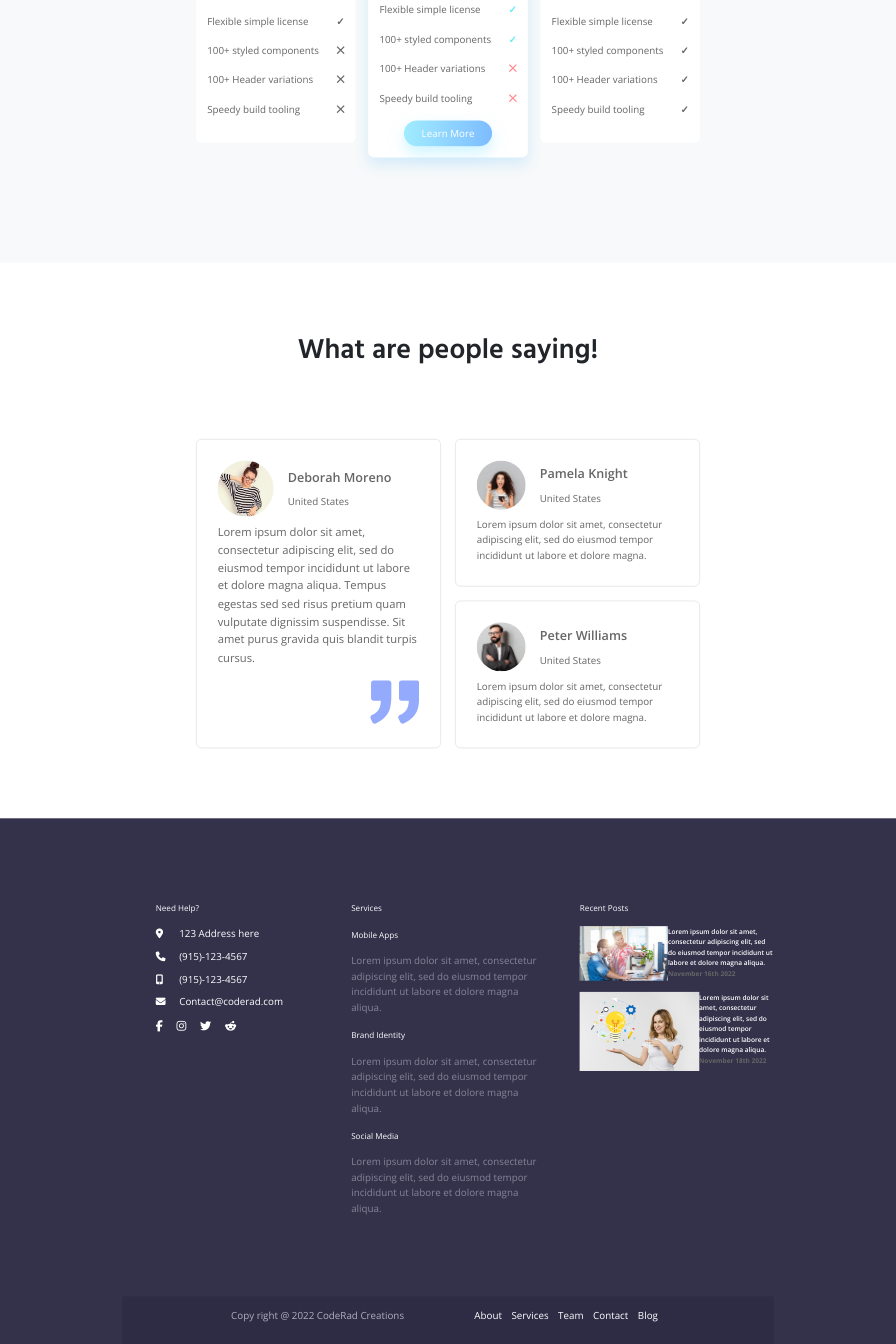
Repository: Sc-Juju/CodeRad
Page: index.html
An editor plug-in stored every save of this project. The page is shown before and after the next save, followed by the edit.
The browser window is 1280 px wide. The pictures show the part of the page from y = 2940 to 4860 px (the page is 4860 px tall), at 70% of full size.
Some web libraries are served in a nearby version.

Above is the page before, as saved 2022-11-16 14:13:48.

### index.html
<!DOCTYPE html>
<html>
	<head>
		<meta charset="utf-8" />
		<meta http-equiv="X-UA-Compatible" content="IE=edge" />
		<title>CodeRad</title>
		<meta name="description" content="" />
		<meta name="viewport" content="width=device-width, initial-scale=1" />

		<script
			src="https://kit.fontawesome.com/020fb16134.js"
			crossorigin="anonymous"
		></script>

		<link
			href="https://fonts.googleapis.com/css2?family=Open+Sans:wght@300;400;600;700&display=swap"
			rel="stylesheet"
		/>
		<link
			href="https://fonts.googleapis.com/css2?family=Hind:wght@300;400;500;600;700&display=swap"
			rel="stylesheet"
		/>

		<link rel="stylesheet" href="./css/default.css" />
		<link rel="stylesheet" href="./css/styles.css" />
		<link rel="stylesheet" href="./css/responsive.css" />
	</head>
	<body>
		<nav class="navbar nav">
			<div class="container">
				<button
					class="navbar-toggler"
					aria-expanded="false"
					aria-controls="navbarDropdown"
				>
					<span>&#9776;</span>
				</button>
				<a class="navbar-brand" href="index.html">CodeRad</a>
				<ul class="navbar-nav">
					<li class="nav-link">
						<a href="#">Home</a>
					</li>

					<li class="nav-link">
						<a href="#">Blog</a>
					</li>
					<li class="nav-link">
						<a href="#">Portfolio</a>
					</li>
					<li class="nav-link">
						<a href="#">Contact</a>
					</li>
				</ul>
			</div>
		</nav>

		<header class="bg-header">
			<div class="container">
				<div class="hero-wrapper">
					<h2 class="hero-header">
						Young in our spirits and <br />
						modern look.
					</h2>
					<a class="btn btn-white" href="#">Learn more</a>
				</div>
			</div>
		</header>
		<!--Why me-->
		<section>
			<div class="container why-me-wrapper">
				<div class="block-text">
					<span>Why choose me</span>
					<h2>
						Meeting Your Needs <br />
						In Website Building
					</h2>
					<p>
						Lorem ipsum dolor sit amet, consectetur adipiscing elit,
						sed do eiusmod tempor incididunt ut labore et dolore
						magna aliqua.
					</p>
					<a href="" class="btn btn-primary">Learn More</a>
				</div>
				<div>
					<img src="./CodeRad-assets/image2.svg" alt="Icon Chart" />
				</div>
			</div>
		</section>
		<!--Services-->
		<section class="bg-contrast">
			<div class="container service-grid">
				<div class="service-card">
					<span class="bg-color-1"></span>
					<div>
						<h3>Branding</h3>
						<p>
							Lorem ipsum dolor sit amet, consectetur adipiscing
							elit, sed do eiusmod tempor incididunt ut labore et
							dolore magna aliqua. Ut morbi tincidunt augue
							interdum velit euismod in pellentesque. Congue
							mauris rhoncus aenean vel.
						</p>
					</div>
				</div>
				<div class="service-card">
					<span class="bg-color-2"></span>
					<div>
						<h3>Design & UX</h3>
						<p>
							Lorem ipsum dolor sit amet, consectetur adipiscing
							elit, sed do eiusmod tempor incididunt ut labore et
							dolore magna aliqua. Ut morbi tincidunt augue
							interdum velit euismod in pellentesque. Congue
							mauris rhoncus aenean vel.
						</p>
					</div>
				</div>
				<div class="service-card">
					<span class="bg-color-3"></span>
					<div>
						<h3>Development</h3>
						<p>
							Lorem ipsum dolor sit amet, consectetur adipiscing
							elit, sed do eiusmod tempor incididunt ut labore et
							dolore magna aliqua. Ut morbi tincidunt augue
							interdum velit euismod in pellentesque. Congue
							mauris rhoncus aenean vel.
						</p>
					</div>
				</div>
				<div class="service-card">
					<span class="bg-color-4"></span>
					<div>
						<h3>User analysis</h3>
						<p>
							Lorem ipsum dolor sit amet, consectetur adipiscing
							elit, sed do eiusmod tempor incididunt ut labore et
							dolore magna aliqua. Ut morbi tincidunt augue
							interdum velit euismod in pellentesque. Congue
							mauris rhoncus aenean vel.
						</p>
					</div>
				</div>
				<div class="service-card">
					<span class="bg-color-5"></span>
					<div>
						<h3>UX Research</h3>
						<p>
							Lorem ipsum dolor sit amet, consectetur adipiscing
							elit, sed do eiusmod tempor incididunt ut labore et
							dolore magna aliqua. Ut morbi tincidunt augue
							interdum velit euismod in pellentesque. Congue
							mauris rhoncus aenean vel.
						</p>
					</div>
				</div>
				<div class="service-card">
					<span class="bg-color-6"></span>
					<div>
						<h3>SEO Service</h3>
						<p>
							Lorem ipsum dolor sit amet, consectetur adipiscing
							elit, sed do eiusmod tempor incididunt ut labore et
							dolore magna aliqua. Ut morbi tincidunt augue
							interdum velit euismod in pellentesque. Congue
							mauris rhoncus aenean vel.
						</p>
					</div>
				</div>
			</div>
		</section>

		<!--Video Demo-->
		<section class="video-demo">
			<div class="container">
				<div class="block-text">
					<h2>Telling Our Story</h2>
					<p>
						Lorem ipsum dolor sit amet, consectetur adipiscing elit,
						sed do eiusmod tempor <br />
						incididunt ut labore et dolore magna aliqua.
					</p>
				</div>
				<div class="video-box">
					<a href="#" class="video-btn">
						<img
							src="./CodeRad-assets/play.svg"
							alt="Play Video Button"
						/>
					</a>
					<img
						src="./CodeRad-assets/demo-video-thumbnail.jpg"
						alt="Video thumbnail"
					/>
				</div>
			</div>
		</section>

		<!--Pricing plans-->
		<section class="bg-contrast">
			<div class="block-text pricing-header">
				<h2>Choose The Right Package For You!</h2>
				<p>
					Lorem ipsum dolor sit amet, consectetur adipiscing elit, sed
					do eiusmod tempor <br />
					incididunt ut labore et dolore magna aliqua.
				</p>
			</div>
			<div class="pricing-table">
				<div class="price-card">
					<h3>Basic</h3>
					<div class="price">$99.90</div>
					<div class="billed">per month</div>
					<hr />
					<ul>
						<li>
							<span class="title">Community Support</span>
							<span class="icon">&#10003;</span>
						</li>
						<li>
							<span class="title">Flexible simple license</span>
							<span class="icon">&#10003;</span>
						</li>
						<li>
							<span class="title">100+ styled components</span>
							<span class="icon">&#10761;</span>
						</li>
						<li>
							<span class="title">100+ Header variations</span>
							<span class="icon">&#10761;</span>
						</li>
						<li>
							<span class="title">Speedy build tooling</span>
							<span class="icon">&#10761;</span>
						</li>
					</ul>
				</div>

				<div class="price-card featured">
					<h3>Standard</h3>
					<div class="price">$199.90</div>
					<div class="billed">per month</div>
					<hr />
					<ul>
						<li>
							<span class="title">Community Support</span>
							<span class="icon checked">&#10003;</span>
						</li>
						<li>
							<span class="title">Flexible simple license</span>
							<span class="icon checked">&#10003;</span>
						</li>
						<li>
							<span class="title">100+ styled components</span>
							<span class="icon checked">&#10003;</span>
						</li>
						<li>
							<span class="title">100+ Header variations</span>
							<span class="icon times">&#10761;</span>
						</li>
						<li>
							<span class="title">Speedy build tooling</span>
							<span class="icon times">&#10761;</span>
						</li>
						<div class="plan-btn-wrapper">
							<a href="" class="btn btn-primary">Learn More</a>
						</div>
					</ul>
				</div>

				<div class="price-card">
					<h3>Enterprise</h3>
					<div class="price">$499.90</div>
					<div class="billed">per month</div>
					<hr />
					<ul>
						<li>
							<span class="title">Community Support</span>
							<span class="icon">&#10003;</span>
						</li>
						<li>
							<span class="title">Flexible simple license</span>
							<span class="icon">&#10003;</span>
						</li>
						<li>
							<span class="title">100+ styled components</span>
							<span class="icon">&#10003;</span>
						</li>
						<li>
							<span class="title">100+ Header variations</span>
							<span class="icon">&#10003;</span>
						</li>
						<li>
							<span class="title">Speedy build tooling</span>
							<span class="icon">&#10003;</span>
						</li>
					</ul>
				</div>
			</div>
		</section>

		<!--Testimonials-->
		<section class="testimonials">
			<div class="block-text">
				<h2>What are people saying!</h2>
			</div>
			<div class="testimonial-grid">
				<div class="testimonial-card lg">
					<div class="top">
						<img
							src="./CodeRad-assets/1.png"
							alt=""
							class="profile"
						/>
						<div class="top-info">
							<h4>Deborah Moreno</h4>
							<span>United States</span>
						</div>
					</div>
					<div class="bottom">
						<p>
							Lorem ipsum dolor sit amet, consectetur adipiscing
							elit, sed do eiusmod tempor incididunt ut labore et
							dolore magna aliqua. Tempus egestas sed sed risus
							pretium quam vulputate dignissim suspendisse. Sit
							amet purus gravida quis blandit turpis cursus.
						</p>
						<span>
							<img
								src="./CodeRad-assets/quote-colored.svg"
								alt="quote"
								class="quote"
							/>
						</span>
					</div>
				</div>

				<div class="testimonial-card md">
					<div class="top">
						<img
							src="./CodeRad-assets/2.png"
							alt=""
							class="profile"
						/>
						<div class="top-info">
							<h4>Pamela Knight</h4>
							<span>United States</span>
						</div>
					</div>
					<div class="bottom">
						<p>
							Lorem ipsum dolor sit amet, consectetur adipiscing
							elit, sed do eiusmod tempor incididunt ut labore et
							dolore magna.
						</p>
					</div>
				</div>

				<div class="testimonial-card md">
					<div class="top">
						<img
							src="./CodeRad-assets/3.png"
							alt=""
							class="profile"
						/>
						<div class="top-info">
							<h4>Peter Williams</h4>
							<span>United States</span>
						</div>
					</div>
					<div class="bottom">
						<p>
							Lorem ipsum dolor sit amet, consectetur adipiscing
							elit, sed do eiusmod tempor incididunt ut labore et
							dolore magna.
						</p>
					</div>
				</div>
			</div>
		</section>
		<!--Footer-->
		<footer class="bg-footer">
			<div class="container">
				<section class="footer-top">
					<div class="footer-col">
						<h5>Need Help?</h5>
						<div class="contact-info">
							<ul>
								<li>
									<i class="fa-solid fa-location-dot"></i>
									123 Address here
								</li>
								<li>
									<i class="fa-solid fa-phone"></i>
									(915)-123-4567
								</li>
								<li>
									<i
										class="fa-solid fa-mobile-screen-button"
									></i>
									(915)-123-4567
								</li>
								<li>
									<i class="fa-solid fa-envelope"></i>
									Contact@coderad.com
								</li>
							</ul>
						</div>
						<div class="social-icons">
							<ul>
								<li>
									<a href=""
										><i class="fa-brands fa-facebook-f"></i
									></a>
								</li>
								<li>
									<a href=""
										><i class="fa-brands fa-instagram"></i
									></a>
								</li>
								<li>
									<a href=""
										><i class="fa-brands fa-twitter"></i
									></a>
								</li>
								<li>
									<a href=""
										><i
											class="fa-brands fa-reddit-alien"
										></i
									></a>
								</li>
							</ul>
						</div>
					</div>
					<div class="footer-col">
						<h5>Services</h5>
						<div class="services-wrapper">
							<h5>Mobile Apps</h5>
							<p>
								Lorem ipsum dolor sit amet, consectetur
								adipiscing elit, sed do eiusmod tempor
								incididunt ut labore et dolore magna aliqua.
							</p>
						</div>
						<div class="services-wrapper">
							<h5>Brand Identity</h5>
							<p>
								Lorem ipsum dolor sit amet, consectetur
								adipiscing elit, sed do eiusmod tempor
								incididunt ut labore et dolore magna aliqua.
							</p>
						</div>
						<div class="services-wrapper">
							<h5>Social Media</h5>
							<p>
								Lorem ipsum dolor sit amet, consectetur
								adipiscing elit, sed do eiusmod tempor
								incididunt ut labore et dolore magna aliqua.
							</p>
						</div>
					</div>
					<div class="footer-col">
						<h5>Recent Posts</h5>
						<div class="recent-posts">
							<div class="post-img-wrapper">
								<img
									src="./CodeRad-assets/blog1.jpg"
									alt="blog1"
								/>
							</div>
							<div class="post-inner">
								<h6>
									<a href=""
										>Lorem ipsum dolor sit amet, consectetur
										adipiscing elit, sed do eiusmod tempor
										incididunt ut labore et dolore magna
										aliqua.</a
									>
								</h6>
								<h6>November 16th 2022</h6>
							</div>
						</div>
						<div class="recent-posts">
							<div class="post-img-wrapper">
								<img
									src="./CodeRad-assets/blog2.jpg"
									alt="blog2"
								/>
							</div>
							<div class="post-inner">
								<h6>
									<a href=""
										>Lorem ipsum dolor sit amet, consectetur
										adipiscing elit, sed do eiusmod tempor
										incididunt ut labore et dolore magna
										aliqua.</a
									>
								</h6>
								<h6>November 18th 2022</h6>
							</div>
						</div>
					</div>
				</section>
				<section class="footer-bottom">
					<div class="footer-bottom-wrapper">
						<div class="copyright">
							<p>Copy right @ 2022 CodeRad Creations</p>
						</div>
						<div class="footer-bottom-links">
							<ul>
								<li><a href="">About</a></li>
								<li><a href="">Services</a></li>
								<li><a href="">Team</a></li>
								<li><a href="">Contact</a></li>
								<li><a href="">Blog</a></li>
							</ul>
						</div>
					</div>
				</section>
			</div>
		</footer>
	</body>
</html>

### css/default.css
:root{
    --white:#fff;
    --black: #000;
    --font-color-base:#666;
    --font-color-dark:#212529;
    --font-color-light:#b0aebe;
    --font-color-link:#57a6ff;
    --footer:#34314b;
    --footer-base:#2e2b45;
    --contrast:rgba(246, 248, 249, 0.8);
    --success: #64ecf5;
    --danger:#ff8b8d;
    --grad-1:#a1ecff;
    --grad-2:#7dbcff;


    --size-10:0.625rem;
    --size-14:0.875rem;
    --size-16:1rem;
    --size-18:1.125rem;
    --size-20:1.25rem;
    --size-30:1.875rem;
    --size-40:2.5rem;
    --size-50:3.125rem;
    --size-100:6.25rem;
    --size-150:9.375rem;
}
body{
    font-family:"Open Sans", sans-serif;
    font-weight: 400;
    font-size:0.875rem;
    line-height: 1.6;
    letter-spacing: 0;
    color: var(--font-color-base);
    margin:0;
    padding:0;
}
*,
::after,
::before{
    box-sizing: border-box;
}
ul{
    padding:0;
    margin:0;
    list-style: none;
}
a {text-decoration: none;}
p {margin-top:0;}
h2{
    font-size:1.75rem;
    font-weight:500;
    line-height:1.2;
}
img {
    width:100%;
    max-width:100%;
    vertical-align:middle;
    border-style: none;
}
.container{
    width: 100%;
    padding-left:15px;
    padding-right:15px;
    margin-right:auto;
    margin-left:auto;
}

.btn{
    display: inline-block;
    font-weight: 400;
    color: var(--font-color-dark);
    text-align: center;
    cursor: pointer;
    user-select: none;
    background-color: transparent;
    border: 1px solid transparent;
    padding: .375rem .75rem;
    border-radius:1.25rem;
    transition: ease-in-out .3s;
}
.btn-primary{
    background-image: linear-gradient(90deg, var(--grad-1)0%, var(--grad-2)100%);
    border: 1px var(--grad-1);
    box-shadow: 0 10px 20px rgba(161, 236, 255, .5);
    transition: ease-in-out .3s;
    color: var(--white);
    padding: .4375rem 1.5625rem;
}

.btn-white{
    background-color: var(--white);
    color: var(--font-color-link);
    box-shadow: 0px 10px 20px rgba(255, 255, 255, .35);
    padding: .475rem 1.75rem;
}

@media (min-width:768px){
    .pricing-table,
    .testimonial-grid,
    .footer-bottom-wrapper{max-width:720px;}
}

@media (min-width:992px){
    footer .container{ max-width: 960px; }
}

@media (min-width:1200px){
    .container{ max-width: 1140px; }
}

### css/styles.css
.navbar{
    position: fixed;
    top: 0;
    right: 0;
    left: 0;
    z-index: 200;
    transition: ease-in-out .3s;
}
[aria-controls="navbarDropdown"]{
    display:none;
}
.navbar-nav{
    display: flex;
    align-items: center;
}
.navbar .container{
    display: flex;
    align-items: center;
}
.navbar-brand{
    margin-right:auto;
    font-size: 2rem;
    font-weight: 700;
    width: 100%;
    transition: ease-in-out .3s;
    color: var(--white);

}
.bg-header,
.video-demo{
    background-color: var(--footer);
    background-repeat: no-repeat;
    background-size: cover;
    background-position:50% 20%;
    position: relative;
    z-index: 1;
    padding: 4.6875rem 0;
}
.bg-header{background-image: url(../CodeRad-assets/bg-header-1.jpg);}
.video-demo{background-image: url(../CodeRad-assets/bg-demo.jpg);}
.bg-header::before{
    background-image: linear-gradient(30deg,
    rgba(21,27,38, .8)0%,
    rgba(0,0,0,.2)100%);
    position: absolute;
    content:"";
    top: 0;
    left: 0;
    right: 0;
    bottom: 0;
    width: 100%;
    height: 100%;
    z-index: -1;
}
.nav-link a{
    color: var(--white);
    font-size: .8125rem;
    font-weight: 600;
    font-family: "Hind", sans-serif;
    text-transform: uppercase;
    margin-right: 2.5rem;
    line-height: 1.25rem;
}
.hero-header{
    color: var(--white);
}
.why-me-wrapper{
    display: flex;
    align-items: center;
}
.why-me-wrapper div{
    flex: 1;
}
.block-text{
    padding-right: var(--size-50);
}
.block-text span{
    color: var(--font-color-dark);
    font-weight: 300;
}
.block-text h2{
    font-size: var(--size-40);
    font-family: "Hind", sans-serif;
    font-weight: 600;
    color: var(--font-color-dark);
    margin-bottom: var(--size-20);
    line-height: 1.3;
    margin-top: 0.5rem;
}
.bg-contrast{
    background-color: var(--contrast);
    padding: var(--size-150) 0;
    margin: 0 auto;
}
.service-grid{
    display: grid;
    grid-template-columns: repeat(auto-fit,minmax(300px, 1fr));
    gap: var(--size-20);
}
.service-card{
    padding: var(--size-30);
    box-shadow: 0 0 10px rgba(48, 63, 100, .15);
    background: white;
    border-radius: 8px;
}
.service-card span{
    width:4.375rem;
    height: 4.375rem;
    background: green;
    display: block;
    float: left;
    margin-right: 15px;
    border-radius: 50%;
    background: var(--font-color-light);
}
span.bg-color-1 {background-image: linear-gradient(90deg, #9ccdf3 0%, #94aafd 100%);}
span.bg-color-2 {background-image: linear-gradient(90deg, #55edc0 0%, #4bdbdb 100%);}
span.bg-color-3 {background-image: linear-gradient(90deg, #fda498 0%, #f58b9e 100%);}
span.bg-color-4 {background-image: linear-gradient(90deg, #f2a7ca 0%, #c289f4 100%);}
span.bg-color-5 {background-image: linear-gradient(90deg, #ffc187 0%, #fe93a7 100%);}
span.bg-color-6 {background-image: linear-gradient(90deg, #a1ecff 0%, #7dbcff 100%);}

.video-demo{text-align: center;}
.video-demo .block-text{padding-right: 0;}

.video-demo .block-text h2,
.video-demo .block-text p{
    color: var(--white);
}

.video-btn{
    position: absolute;
    top: 50%;
    left: 50%;
    transform: translate(-50%, -50%);
    box-shadow: 0 10px 20px rgba(57, 166, 251, .3);
}
.video-btn img{
    height: var(--size-100);
    width: var(--size-100);
}
.video-box{
    position: relative;
    margin-bottom: -9.375rem;
    z-index: 100;
}
.video-box > img{
    max-width: 600px;
    border-radius: 8px;
}
.block-text.pricing-header{
    text-align: center;
    padding-right: 0;
    margin: var(--size-100) 0;
}
.pricing-table{
    display: grid;
    grid-template-columns: repeat(auto-fit, minmax(215px, 1fr));
    gap: var(--size-18);
    margin: auto;
    align-items: flex-start;
}
.price-card{
    background-color:var(--white);
    border-radius: 8px;
    padding: var(--size-16);
}
.price-card .checked{color: var(--success);}
.price-card .times{color: var(--danger);}

.price-card.featured{
    box-shadow: 0 10px 20px rgba(82,179,255,.2);
    margin-top: -1rem;
}
.price-card h3{
    margin-top: var(--size-40);
    font-size: var(--size-18);
    color: var(--font-color-dark);
    font-weight: 600;
}
.plan-card hr{margin: 2rem 0 1rem;}
.price{
    color: var(--font-color-link);
    font-size: var(--size-30);
    font-weight: 600;
}
.price-card h3,
.price-card .price,
.price-card .billed{text-align: center;}

.price-card li{margin-bottom: var(--size-20);}
.price-card .icon{
    float: right;
    font-weight:600;
}
.plan-btn-wrapper{text-align: center;}

.testimonials{ margin: var(--size-100) 0;}

.testimonial-grid{
    display: grid;
    grid-template-columns: repeat(auto-fit, minmax(300px, 1fr));
    grid-template-rows: 1fr 1fr;
    gap: var(--size-20);
    margin: 0 auto;
}

.testimonials .block-text{
    padding-right: 0;
    text-align: center;
    margin: var(--size-100) 0;
}

.testimonial-card{
    border: 1px solid #dedede;
    border-radius: 8px;
    padding: var(--size-30);
}

.testimonial-card.lg{
    grid-row: 1 / 3;
    grid-column: 1 / 2;
}

.testimonial-card.lg .quote{
    width: 4.375rem;
    float: right;
    margin-top: var(--size-16);
}

.testimonial-card.md .bottom p{ font-size: var(--size-14);}

.testimonial-card .top{
    display:flex;
    align-items: center;
    padding-bottom: var(--size-10);
}

.testimonial-card img.profile{
    width: 4.375rem;
    border-radius: 50%;
    margin-right: var(--size-20);
}

.testimonial-card.lg img.profile{ width: 5rem;}

.top h4{
    margin-top: 0;
    margin-bottom: var(--size-10);
    font-weight: 600;
    font-size: var(--size-18);
}

.bottom p{
    margin: 0;
    font-size: var(--size-16);
    line-height: 1.6;
}

footer.bg-footer{ background-color: var(--footer);}
footer .footer-bottom{ background-color: var(--footer-base);}

footer .footer-top {
    display: grid;
    grid-template-columns: repeat( auto-fit, minmax(250px, 1fr));
    gap: var(--size-50);
    padding: var(--size-100) 0;
}

footer .footer-col{justify-self: center;}

.footer-top h5{
    color: var(--white);
    font-weight: 500;
    margin-bottom: var(--size-16);
}

.contact-info li{
    color: var(--white);
    margin-bottom: var(--size-10);
}

.contact-info li i{ width: var(--size-30);}

.social-icons ul li {
    display: inline-block;
    margin-right: var(--size-16);
}

.social-icons ul li a{
    color: var(--white);
    font-size: var(--size-16);
}

.services-wrapper p { color: #858497;}

.recent-posts{
    display: flex;
    margin-bottom: var(--size-16);
}

.recent-posts .post-wrapper-wrapper{
    width: var(--size-100);
    margin-right: var(--size-10);
}

.post-inner h6{ margin: 0; }

.post-inner h6 a{
    color: var(--white);
    font-weight: 600;
}

.post-inner span{
    color: var(--font-color-light);
    font-size: var(--size-10);
}

.footer-bottom-wrapper{
    display: flex;
    justify-content:space-around;
    margin: 0 auto;
    flex-wrap: wrap;
}

.footer-bottom{ padding: var(--size-16) 0; }

.copyright p{ color: var(--font-color-light); }

.footer-bottom-links ul li{
    display: inline-block;
    margin-right: var(--size-10);
}

.footer-bottom-links ul li a{ color: var(--white); }

Loaded but not shown: css/responsive.css (no copy from this time; the picture is the same without it)

After the next save:
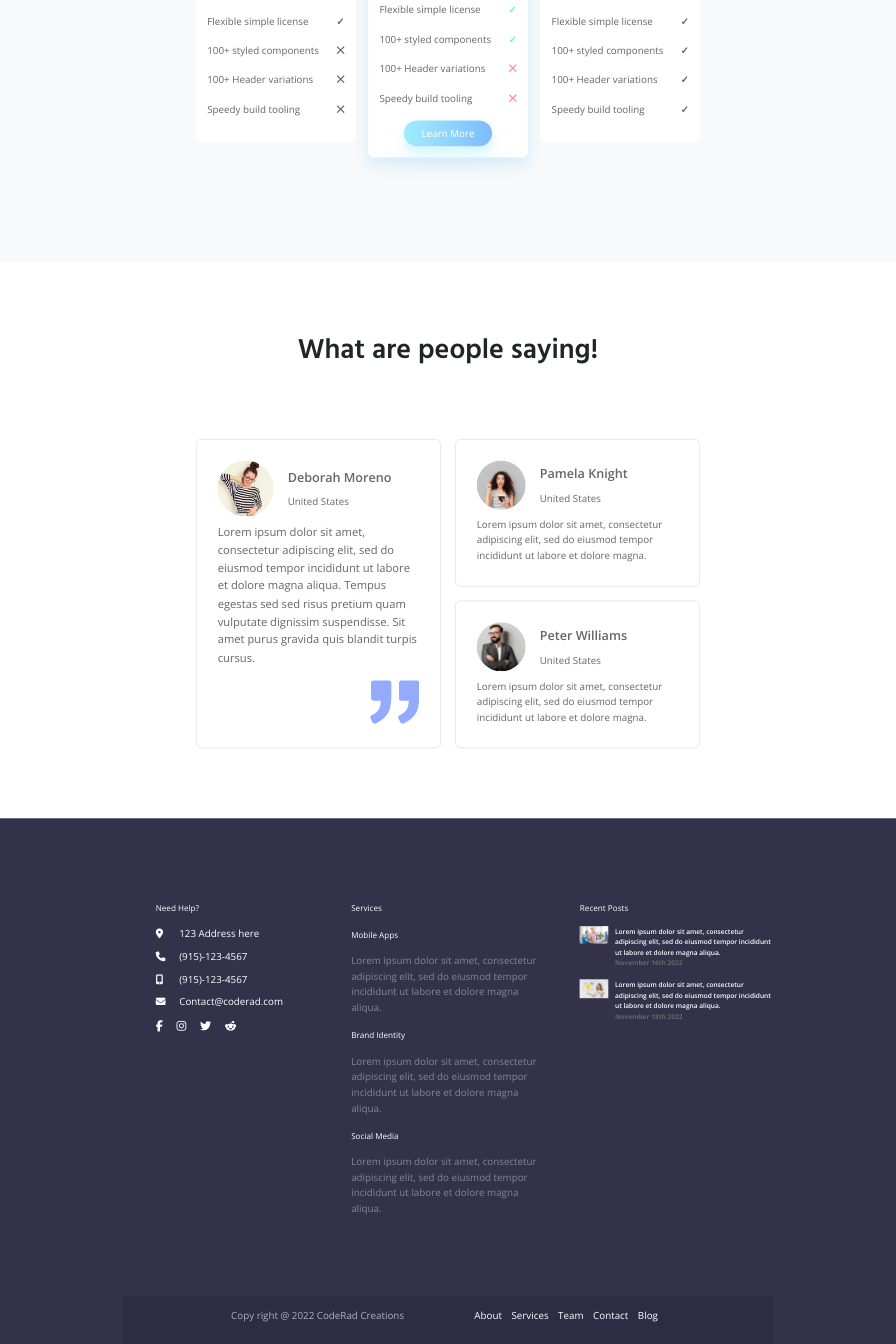
Saved 2 min 4 s later.
--- a/css/styles.css
+++ b/css/styles.css
@@ -299,7 +299,7 @@ footer .footer-col{justify-self: center;}
     margin-bottom: var(--size-16);
 }
 
-.recent-posts .post-wrapper-wrapper{
+.recent-posts .post-img-wrapper{
     width: var(--size-100);
     margin-right: var(--size-10);
 }
